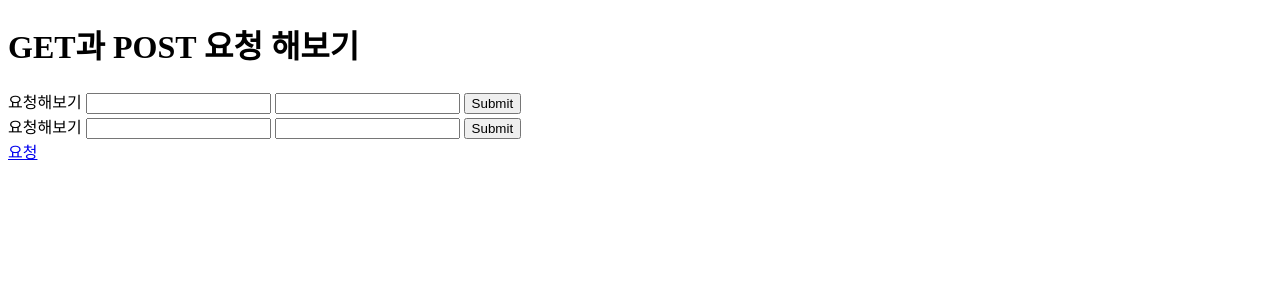
Repository: Jeongsuwon/JavaServlet
Page: WorkSpace/01.HelloJspServlet/src/main/webapp/getpost.html
These files come from the project's save history. The page is drawn as it stood at one moment and after the next save; the edit follows.
The browser window is 1280 px wide. The pictures show the whole page.

Above is the page before, as saved 2023-05-18 02:34:24.

After the next save:
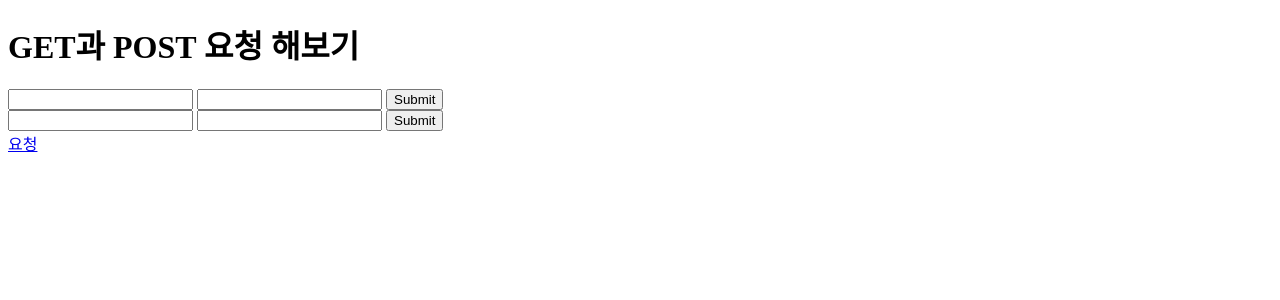
Saved 56 s later.
--- a/WorkSpace/01.HelloJspServlet/src/main/webapp/getpost.html
+++ b/WorkSpace/01.HelloJspServlet/src/main/webapp/getpost.html
@@ -7,14 +7,12 @@
 <body>
 	<h1> GET과 POST 요청 해보기</h1>
 	<form action="Ex03_GetPost" method="post">
-			<label for="name">요청해보기</label>
 			<input type="text" name="txt1" id="txt2" >
 			<input type="text" name="txt2" id="txt2" >
 			<input type="submit">
 	</form>
 
 	<form action="Ex03_GetPost">
-	<label for="name">요청해보기</label>
 	<input type="text" name="txt1" id="txt2">
 	<input type="text" name="txt2" id="txt2">
 	<input type="submit">
